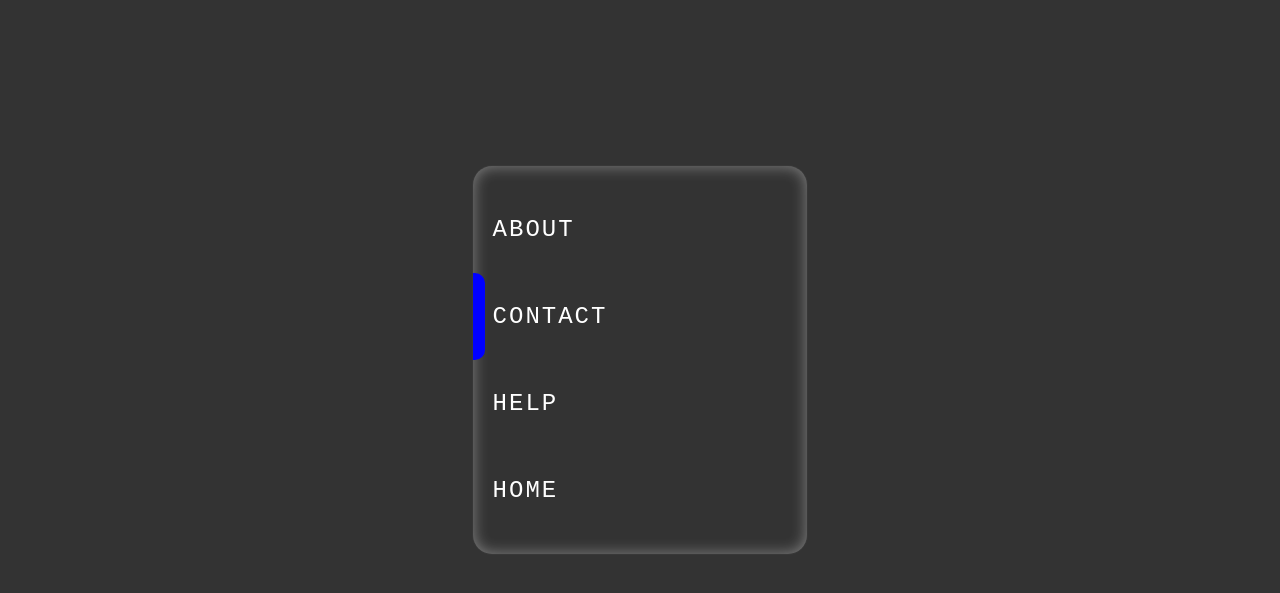
Repository: Rostyk-qq/Projects_Web
Page: menuRanLine/new.html
The author's editor kept a copy of each file at every save. The page is drawn from the files as they stood at one save, then again after the next save.
The browser window is 1280 px wide. The pictures show the whole page.

Above is the page before, as saved 2023-09-30 14:40:39.

After the next save:
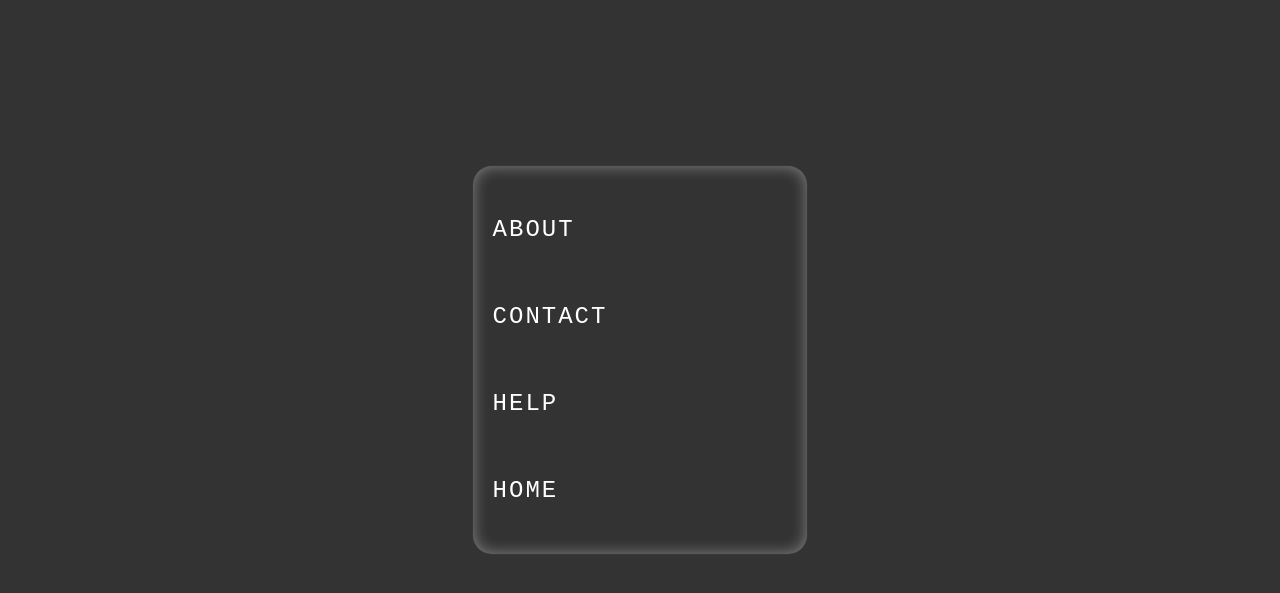
Saved 8 s later.
--- a/menuRanLine/new.html
+++ b/menuRanLine/new.html
@@ -12,7 +12,7 @@
             <li data-color-effect="red" class="menu__item">
                 <a href="#" class="menu__link">About</a>
             </li>
-            <li data-color-effect="blue" class="menu__item _active">
+            <li data-color-effect="blue" class="menu__item">
                 <a href="#" class="menu__link">Contact</a>
             </li>
             <li data-color-effect="purple" class="menu__item">
